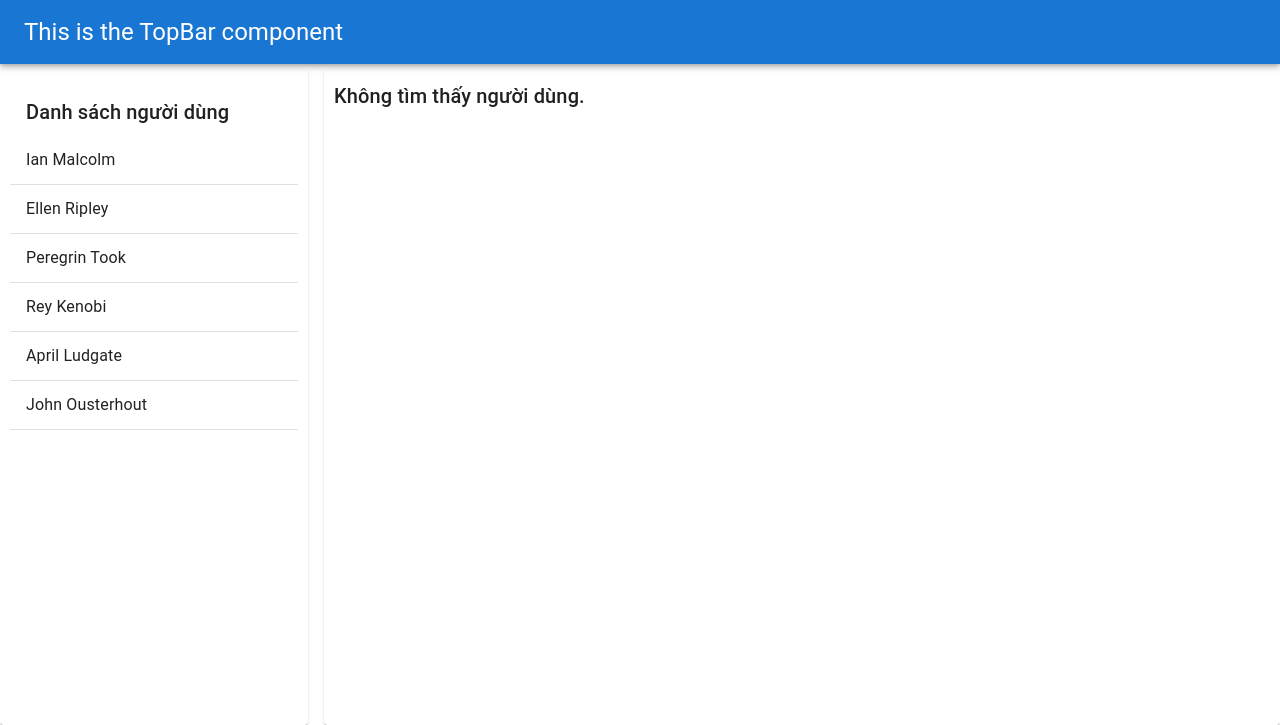
Repository: RubyScarIet/TruocKetThucLab2
Page: /users/57231f1a30e4351f4e9f4bd7
An editor plug-in stored every save of this project. The page is shown before and after the next save, followed by the edit.
The browser window is 1280 px wide. The pictures show the whole page.
The page's requests for data from a server got no answer. The project was rebuilt for these pictures with package versions that can differ from the ones it lists, and the page was loaded fresh each time. No one was signed in, and anything a server would have sent is missing. Also part of the build but not shown: src/modelData/models.js, src/components/UserPhotos/index.jsx.

Above is the page before, as saved 2026-04-05 09:12:30.

### src/App.js
import './App.css';

import React from "react";
import { Grid, Paper } from "@mui/material";
import { BrowserRouter as Router, Route, Routes } from "react-router-dom";

import TopBar from "./components/TopBar";
import UserDetail from "./components/UserDetail";
import UserList from "./components/UserList";
import UserPhotos from "./components/UserPhotos";

const App = (props) => {
  return (
      <Router>
        <div>
          <Grid container spacing={2}>
            <Grid item xs={12}>
              <TopBar />
            </Grid>
            <div className="main-topbar-buffer" />
            <Grid item sm={3}>
              <Paper className="main-grid-item">
                <UserList />
              </Paper>
            </Grid>
            <Grid item sm={9}>
              <Paper className="main-grid-item">
                <Routes>
                  <Route
                      path="/users/:userId"
                      element = {<UserDetail />}
                  />
                  <Route
                      path="/photos/:userId"
                      element = {<UserPhotos />}
                  />
                  <Route path="/users" element={<UserList />} />
                </Routes>
              </Paper>
            </Grid>
          </Grid>
        </div>
      </Router>
  );
}

export default App;

### src/App.css
.main-topbar-buffer {
  margin-top: 70px;
}

.main-grid-item {
  height: calc(100vh - 85px);
  padding: 10px;
}

### src/components/TopBar/index.jsx
import React from "react";
import { AppBar, Toolbar, Typography } from "@mui/material";

import "./styles.css";

/**
 * Define TopBar, a React component of Project 4.
 */
function TopBar () {
    return (
      <AppBar className="topbar-appBar" position="absolute">
        <Toolbar>
          <Typography variant="h5" color="inherit">
            This is the TopBar component
          </Typography>
        </Toolbar>
      </AppBar>
    );
}

export default TopBar;

### src/components/UserDetail/index.jsx
import React, { useState, useEffect } from "react";
import { Typography, Button, Card, CardContent, Box, CircularProgress } from "@mui/material";
import { Link, useParams } from "react-router-dom";
import fetchModel from "../../lib/fetchModelData";
import "./styles.css";

function UserDetail() {
  const { userId } = useParams();
  const [user, setUser] = useState(null);
  const [loading, setLoading] = useState(true);

  useEffect(() => {
    setLoading(true);
    fetchModel(`/user/${userId}`)
      .then((response) => {
        setUser(response.data);
        setLoading(false);
      })
      .catch((err) => {
        console.error("Lỗi fetch user:", err);
        setLoading(false);
      });
  }, [userId]); // Chạy lại khi đổi người dùng ở danh sách bên trái

  if (loading) return <CircularProgress sx={{ m: 2 }} />;
  if (!user) return <Typography variant="h6">Không tìm thấy người dùng.</Typography>;

  return (
    <Box sx={{ p: 2 }}>
      <Card variant="outlined">
        <CardContent>
          <Typography variant="h4" gutterBottom>{`${user.first_name} ${user.last_name}`}</Typography>
          <Typography variant="h6" color="text.secondary">Nghề nghiệp: {user.occupation}</Typography>
          <Typography variant="subtitle1" sx={{ mb: 2 }}> Địa điểm: {user.location}</Typography>
          <Typography variant="body1" sx={{ mb: 3 }}>{user.description}</Typography>

          <Button variant="contained" component={Link} to={`/photos/${userId}`}>
            Xem Album Ảnh
          </Button>
        </CardContent>
      </Card>
    </Box>
  );
}

export default UserDetail;

### src/components/UserList/index.jsx
import React from "react";
import {
  Divider,
  List,
  ListItem,
  ListItemText,
  Typography,
} from "@mui/material";
import { Link } from "react-router-dom"; // Import Link để điều hướng [cite: 20]

import "./styles.css";
import models from "../../modelData/models";

/**
 * Define UserList, a React component of Project 4.
 */
function UserList() {
  // Lấy danh sách người dùng từ model data [cite: 68]
  const users = models.userListModel();

  return (
    <div>
      <Typography variant="h6" style={{ padding: "16px", paddingBottom: "0" }}>
        Danh sách người dùng
      </Typography>
      <List component="nav">
        {users.map((item) => (
          <React.Fragment key={item._id}>
            {/* - component={Link}: Biến ListItem thành thẻ <a> của React Router [cite: 30]
              - to: Đường dẫn đích dựa trên ID của người dùng [cite: 19]
            */}
            <ListItem button component={Link} to={`/users/${item._id}`}>
              <ListItemText
                primary={`${item.first_name} ${item.last_name}`}
              />
            </ListItem>
            <Divider />
          </React.Fragment>
        ))}
      </List>
    </div>
  );
}

export default UserList;

### src/components/TopBar/styles.css
.topbar-appBar {
  height: 60;
  justify-content: "center";
}

### src/lib/fetchModelData.js
/**
 * fetchModel - Fetch a model from the web server.
 *
 * @param {string} url      The URL to issue the GET request.
 * @returns {Promise}       A promise that resolves with an object containing the data.
 */
function fetchModel(url) {
  return new Promise(function (resolve, reject) {
    // 1. Sử dụng fetch API để gửi yêu cầu GET
    fetch(url)
      .then((response) => {
        // 2. Kiểm tra trạng thái phản hồi (HTTP status)
        if (!response.ok) {
          // Trả về reject nếu lỗi (ví dụ 404, 500)
          reject(new Error(`HTTP error! status: ${response.status}`));
          return;
        }
        // 3. Chuyển đổi dữ liệu sang JSON
        return response.json();
      })
      .then((data) => {
        // 4. Giải quyết Promise với định dạng { data: <dữ liệu> }
        resolve({ data: data });
      })
      .catch((error) => {
        // 5. Xử lý lỗi kết nối mạng
        reject(new Error(error.message));
      });
  });
}

export default fetchModel;

Loaded but not shown: public/index.html (common file); src/index.js (common file); src/index.css (common file); src/reportWebVitals.js (common file); src/components/UserDetail/styles.css (no stored copy; drawn as an empty file); src/components/UserList/styles.css (no stored copy; drawn as an empty file); src/components/UserPhotos/styles.css (no stored copy; drawn as an empty file)

After the next save:
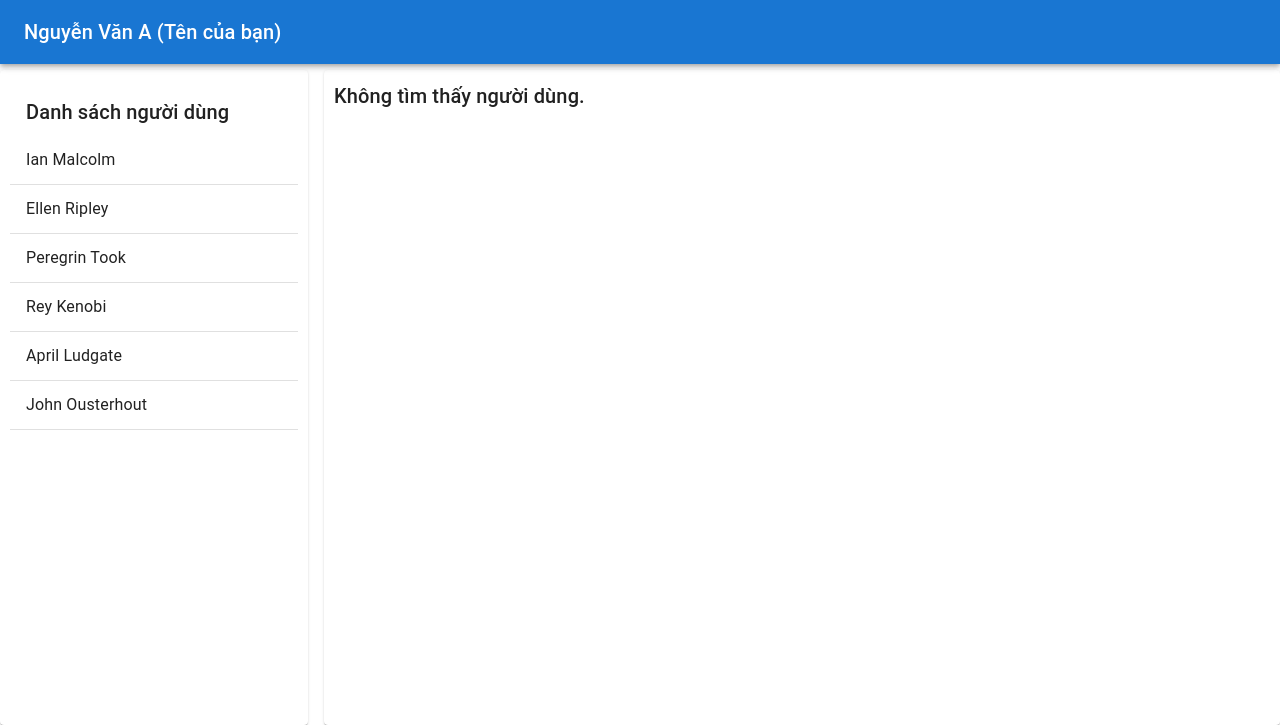
Saved 2 min 56 s later.
--- a/src/components/TopBar/index.jsx
+++ b/src/components/TopBar/index.jsx
@@ -1,21 +1,45 @@
-import React from "react";
+import React, { useState, useEffect } from "react";
 import { AppBar, Toolbar, Typography } from "@mui/material";
+import { useLocation } from "react-router-dom";
+import fetchModel from "../../lib/fetchModelData";
 
-import "./styles.css";
+function TopBar() {
+  const location = useLocation();
+  const [context, setContext] = useState("");
 
-/**
- * Define TopBar, a React component of Project 4.
- */
-function TopBar () {
-    return (
-      <AppBar className="topbar-appBar" position="absolute">
-        <Toolbar>
-          <Typography variant="h5" color="inherit">
-            This is the TopBar component
-          </Typography>
-        </Toolbar>
-      </AppBar>
-    );
+  // Trích xuất userId từ URL (ví dụ: /users/123 -> 123)
+  const pathParts = location.pathname.split("/");
+  const userId = pathParts[2];
+  const isPhotos = pathParts[1] === "photos";
+
+  useEffect(() => {
+    if (userId) {
+      fetchModel(`/user/${userId}`)
+        .then((response) => {
+          const name = `${response.data.first_name} ${response.data.last_name}`;
+          setContext(isPhotos ? `Photos of ${name}` : name);
+        })
+        .catch(() => setContext(""));
+    } else {
+      setContext("");
+    }
+  }, [userId, isPhotos]);
+
+  return (
+    <AppBar position="absolute">
+      <Toolbar sx={{ display: 'flex', justifyContent: 'space-between' }}>
+        {/* Bên trái: Tên của bạn */}
+        <Typography variant="h6" color="inherit">
+          Nguyễn Văn A (Tên của bạn)
+        </Typography>
+
+        {/* Bên phải: Ngữ cảnh động */}
+        <Typography variant="h6" color="inherit">
+          {context}
+        </Typography>
+      </Toolbar>
+    </AppBar>
+  );
 }
 
 export default TopBar;
